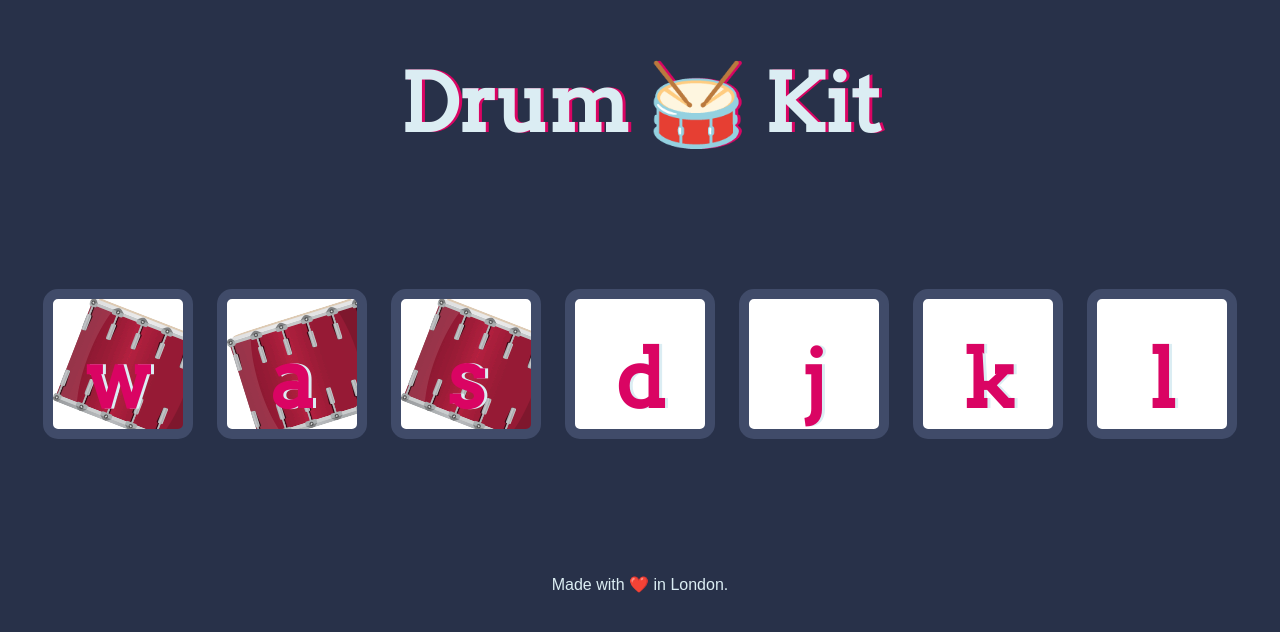
Repository: thecoachanna/drum-kit
Page: index.html
These files come from the project's save history. The page is drawn as it stood at one moment and after the next save; the edit follows.
The browser window is 1280 px wide. The pictures show the whole page.

Above is the page before, as saved 2023-02-20 17:03:13.

After the next save:
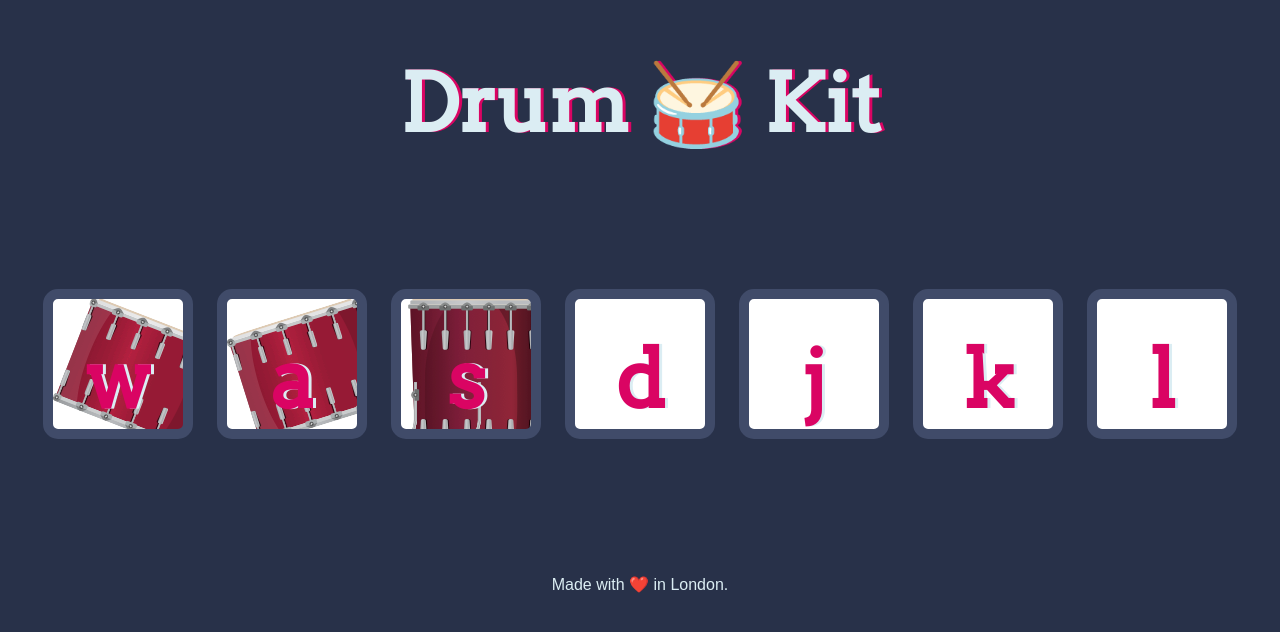
Saved 4 s later.
--- a/styles.css
+++ b/styles.css
@@ -25,7 +25,7 @@ footer {
 }
 
 .s {
-  background-image: url('images/tom1.png');
+  background-image: url('images/tom3.png');
 }
 
 .d {
